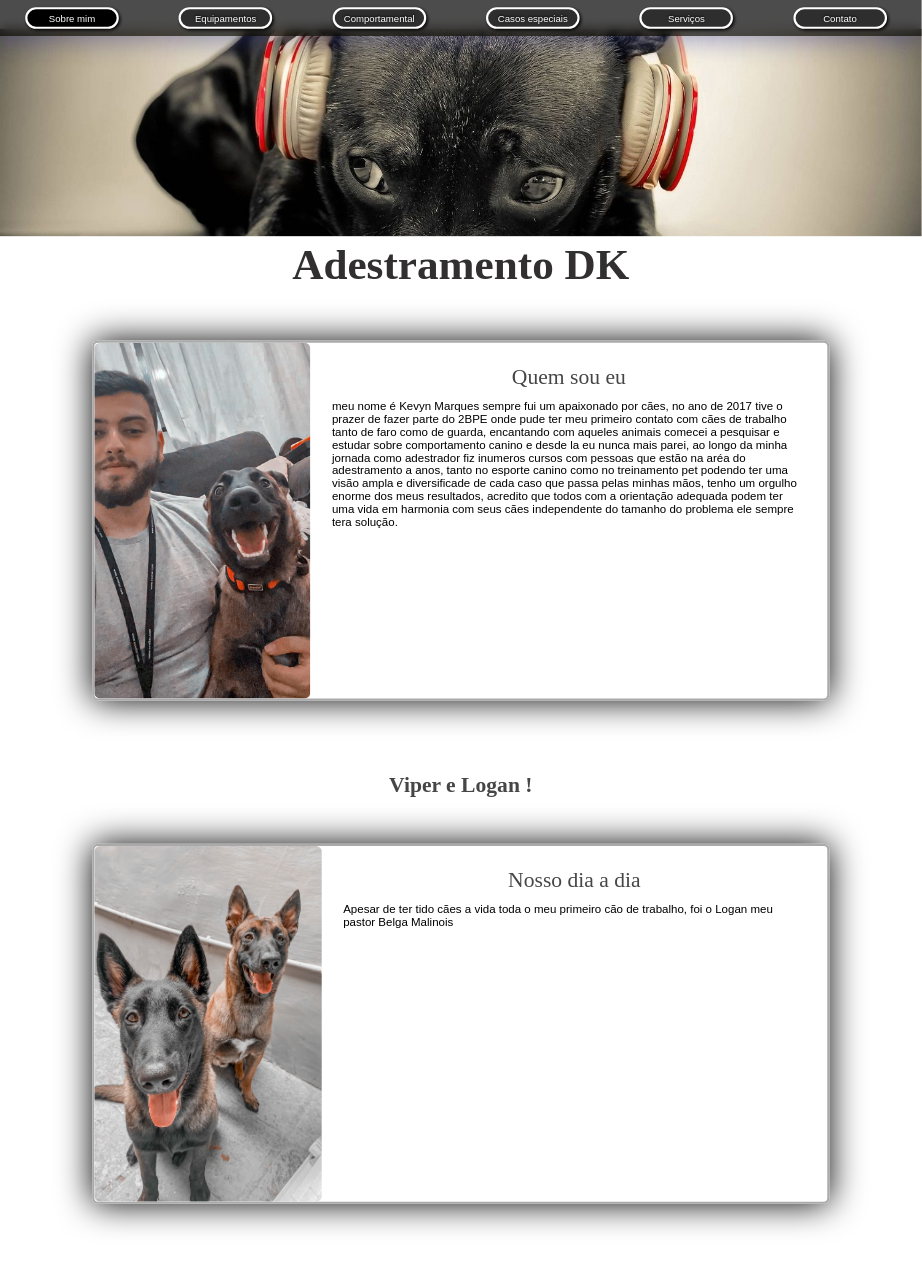
Repository: KevynMarques/Blog-React-StyledComponent
Page: /
The author's editor kept a copy of each file at every save. The page is drawn from the files as they stood at one save, then again after the next save.
The browser window is 1280 px wide. The pictures show the whole page, at 72% of full size.
The project was rebuilt for these pictures with package versions that can differ from the ones it lists, and the page was loaded fresh each time. Also part of the build but not shown: src/Components/Equipamentos/index.jsx, src/Components/Comportamental/index.jsx, src/Components/Clientes/index.jsx, src/Components/Serviços/index.jsx, src/Components/Contato/index.jsx.

Above is the page before, as saved 2022-02-21 13:28:09.

After the next save:
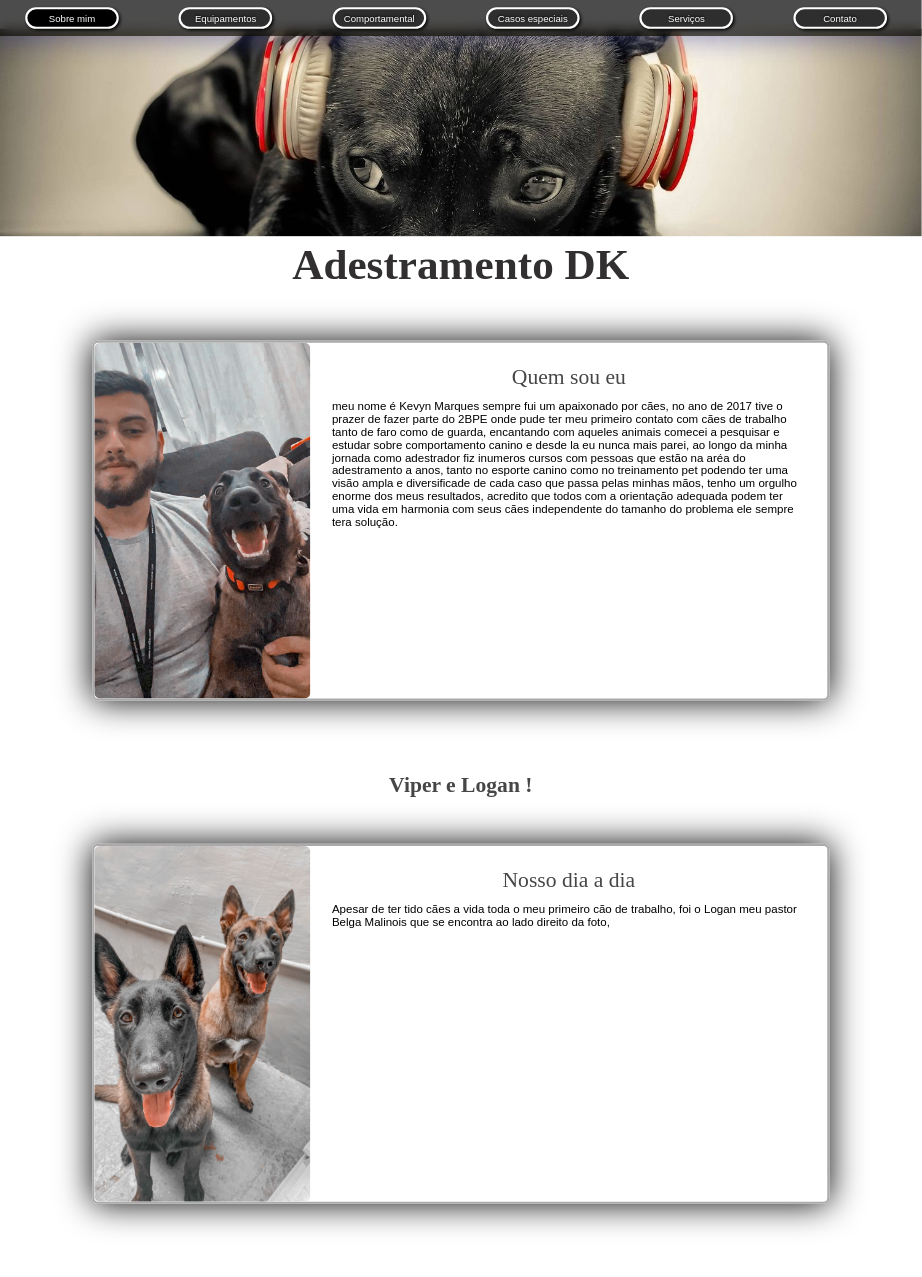
Saved 3 min 33 s later.
--- a/src/Components/Sobre/index.jsx
+++ b/src/Components/Sobre/index.jsx
@@ -42,7 +42,7 @@ export default () => {
        </ContainerIMG>
        <Info>
        <TitleInfo>Nosso dia a dia</TitleInfo>
-       Apesar de ter tido cães a vida toda o meu primeiro cão de trabalho, foi o Logan meu pastor Belga Malinois
+       Apesar de ter tido cães a vida toda o meu primeiro cão de trabalho, foi o Logan meu pastor Belga Malinois que se encontra ao lado direito da foto,
        </Info>
       </ContainerBox>
 </>
